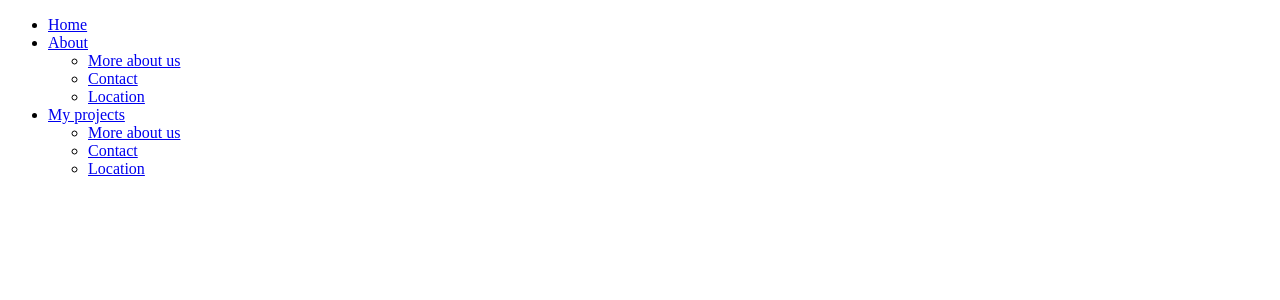
Repository: alikahwaji/HTML-CSS-workshop
Page: index.html
These files come from the project's save history. The page is drawn as it stood at one moment and after the next save; the edit follows.
The browser window is 1280 px wide. The pictures show the whole page.

Above is the page before, as saved 2019-10-29 11:40:54.

After the next save:
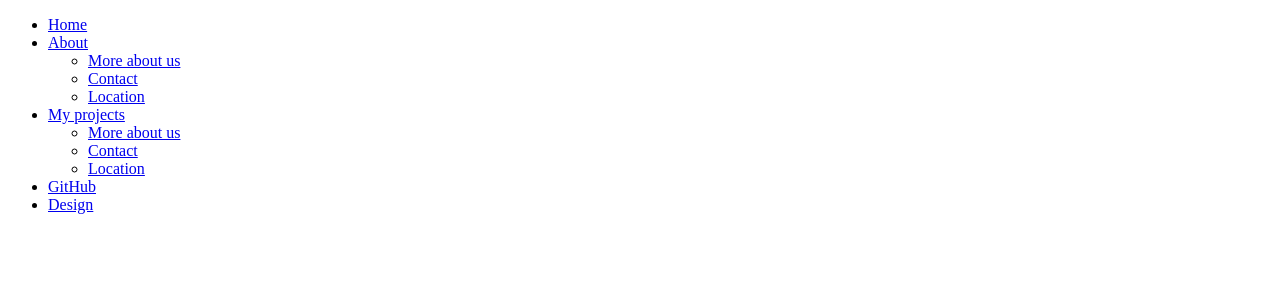
Saved 69 s later.
--- a/index.html
+++ b/index.html
@@ -32,6 +32,8 @@
                                 <li><a href="#">Location</a></li>
                         </ul>
                     </li>
+                    <li><a href="#">GitHub</a></li>
+                    <li><a href="#">Design</a></li>
                 </ul>
             </nav>
         </div>
